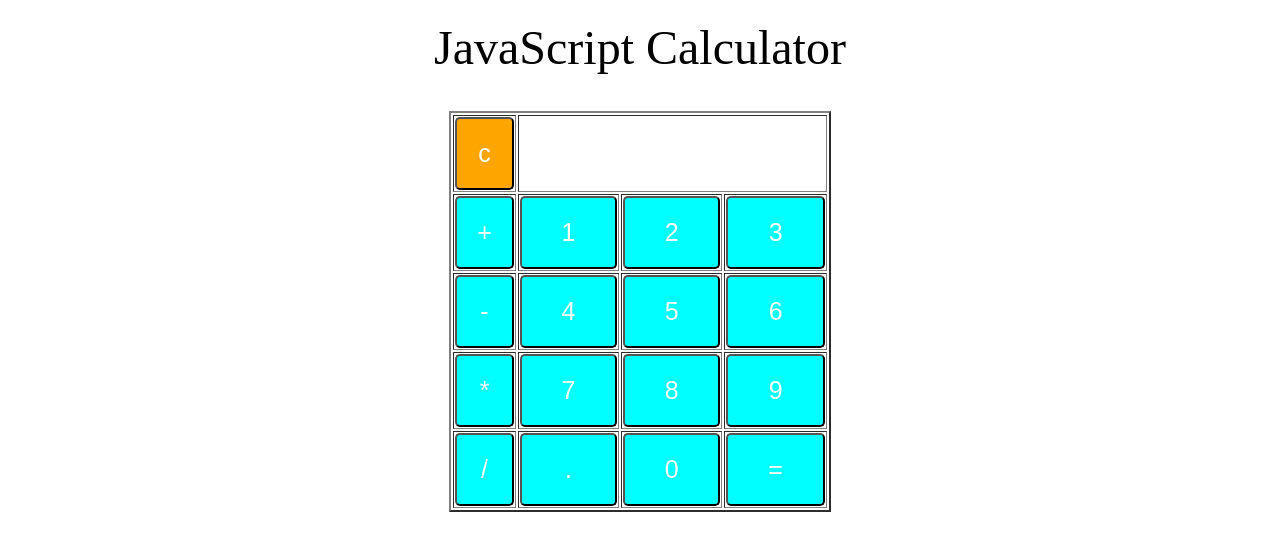
Repository: spidero7/Simple-Calculator
Page: index.html
These files come from the project's save history. The page is drawn as it stood at one moment and after the next save; the edit follows.
The browser window is 1280 px wide. The pictures show the whole page.

Above is the page before, as saved 2021-09-15 08:33:23.

### index.html
<!DOCTYPE html>
<html lang="en">
<head>
    <meta charset="UTF-8">
    <meta http-equiv="X-UA-Compatible" content="IE=edge">
    <meta name="viewport" content="width=device-width, initial-scale=1.0">
    <title>Calculator</title>
    <link rel="stylesheet" href="style.css">
</head>
<body>
        <div class="title">JavaScript Calculator</div>
        <div class="calculator-container">
            <table border="2">
                <tr>
                    <td><input type="button" value="c" onclick="clr()"/></td>
                    <td colspan="3"><input type="text" id="textval"/></td>
                </tr>
                <tr>
                    <td><input type="button" value="+" onclick="display('+')"/></td>
                    <td><input type="button" value="1" onclick="display('1')"/></td>
                    <td><input type="button" value="2" onclick="display('2')"/></td>
                    <td><input type="button" value="3" onclick="display('3')"/></td>
                </tr>
                <tr>
                    <td><input type="button" value="-" onclick="display('-')"/></td>
                    <td><input type="button" value="4" onclick="display('4')"/></td>
                    <td><input type="button" value="5" onclick="display('5')"/></td>
                    <td><input type="button" value="6" onclick="display('6')"/></td>
                </tr>
                <tr>
                    <td><input type="button" value="*" onclick="display('*')"/></td>
                    <td><input type="button" value="7" onclick="display('7')"/></td>
                    <td><input type="button" value="8" onclick="display('8')"/></td>
                    <td><input type="button" value="9" onclick="display('9')"/></td>
                </tr>
                <tr>
                    <td><input type="button" value="/" onclick="display('/')"/></td>
                    <td><input type="button" value="." onclick="display('.')"/></td>
                    <td><input type="button" value="0" onclick="display('0')"/></td>
                    <td><input type="button" value="=" onclick="equals()"/></td>
                </tr>
            </table>
        </div>
    <script src="app.js"></script>
</body>
</html>

### style.css
* {
    box-sizing: border-box;
}

body {
    margin: 0;
    padding: 0;
}

.calculator-container {
    display: flex;
    justify-content: center;
    align-items: center;
    width: 100vw;
    height: 60vh;
}

.title {
    display: flex;
    text-align: center;
    margin: 20px;
    font-size: 3rem;
    justify-content: center;
}

input[type="button"] {
    background-color: aqua;
    color: white;
    border-radius: 5px;
    border-color: black;
    width: 100%;
    padding: 20px;
    font-size: 25px;
    cursor: pointer;
}

input[type="text"] {
    text-align: right;
    background-color: none;
    color: black;
    border: none;
    width: 100%;
    padding: 20px;
    font-size: 20px;
}

input[value="c"] {
    background-color: orange;
}

### app.js
function display(val) {
    document.getElementById("textval").value+=val
}

function equals() {
    let x = document.getElementById("textval").value
    let y = eval(x)
    document.getElementById('textval').value = y
}

function clr() {
    document.getElementById('textval').value = ""
}

After the next save:
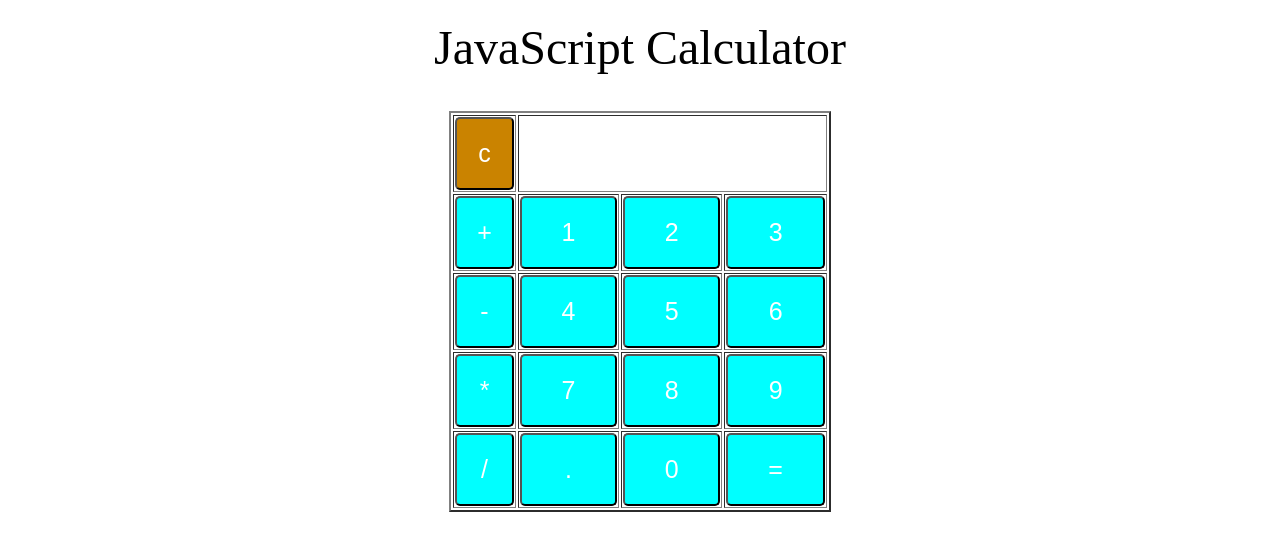
Saved 9 s later.
--- a/style.css
+++ b/style.css
@@ -45,5 +45,5 @@ input[type="text"] {
 }
 
 input[value="c"] {
-    background-color: orange;
+    background-color: rgb(202, 131, 0);
 }

After the save that followed:
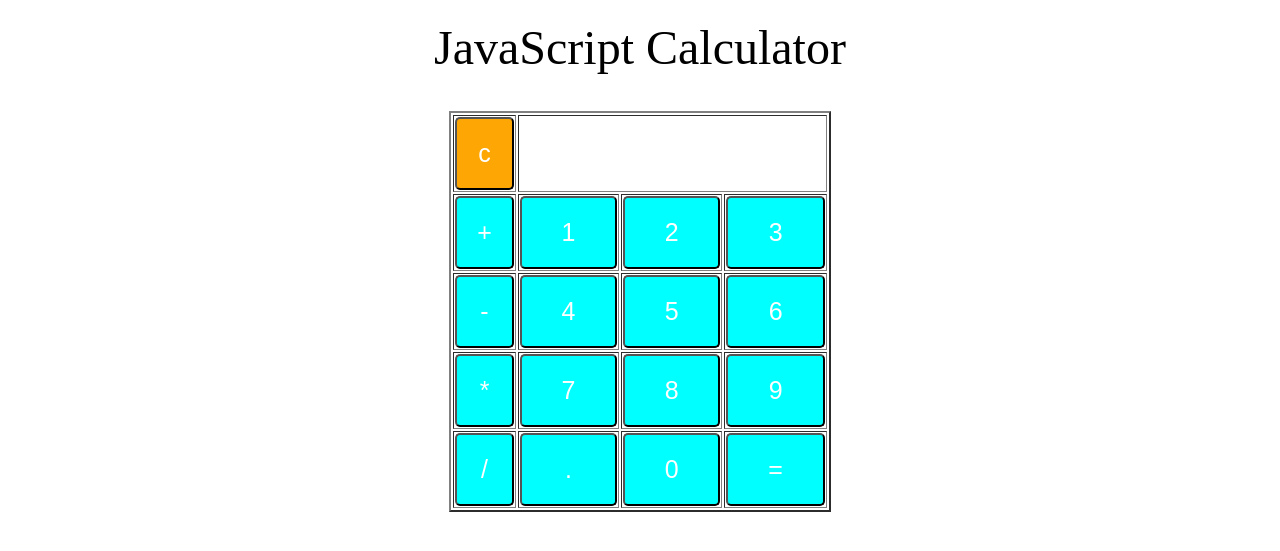
Saved 4 s later.
--- a/style.css
+++ b/style.css
@@ -45,5 +45,5 @@ input[type="text"] {
 }
 
 input[value="c"] {
-    background-color: rgb(202, 131, 0);
+    background-color: rgb(253, 166, 4);
 }
